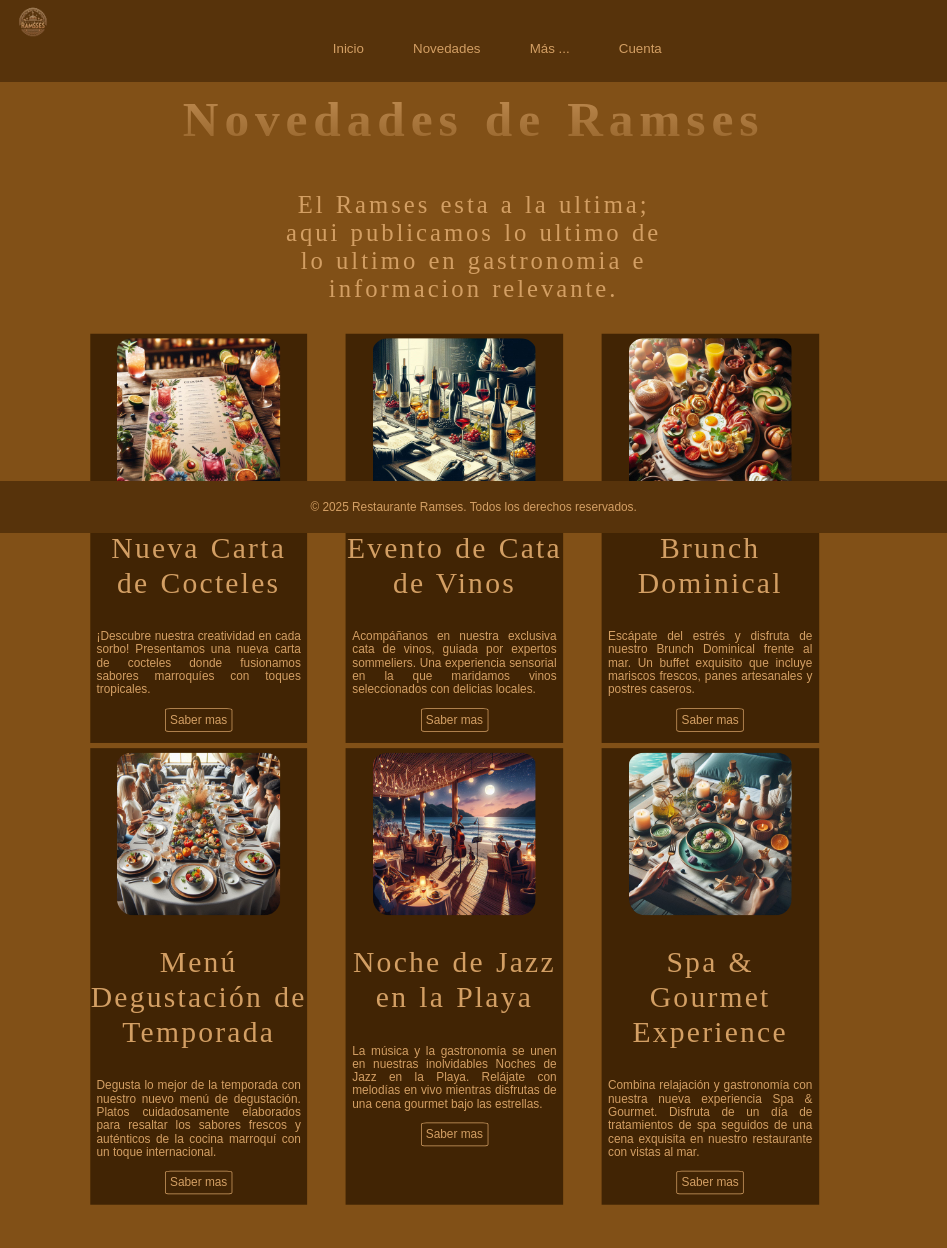
Repository: demoniers/demonIers.github.io
Page: web-lenguajes/src/reserva.html
An editor plug-in stored every save of this project. The page is shown before and after the next save, followed by the edit.
The browser window is 1280 px wide. The pictures show the whole page, at 74% of full size.
Some web fonts or font styles are not loaded; a fallback is used.

Above is the page before, as saved 2025-01-28 13:47:39.

After the next save:
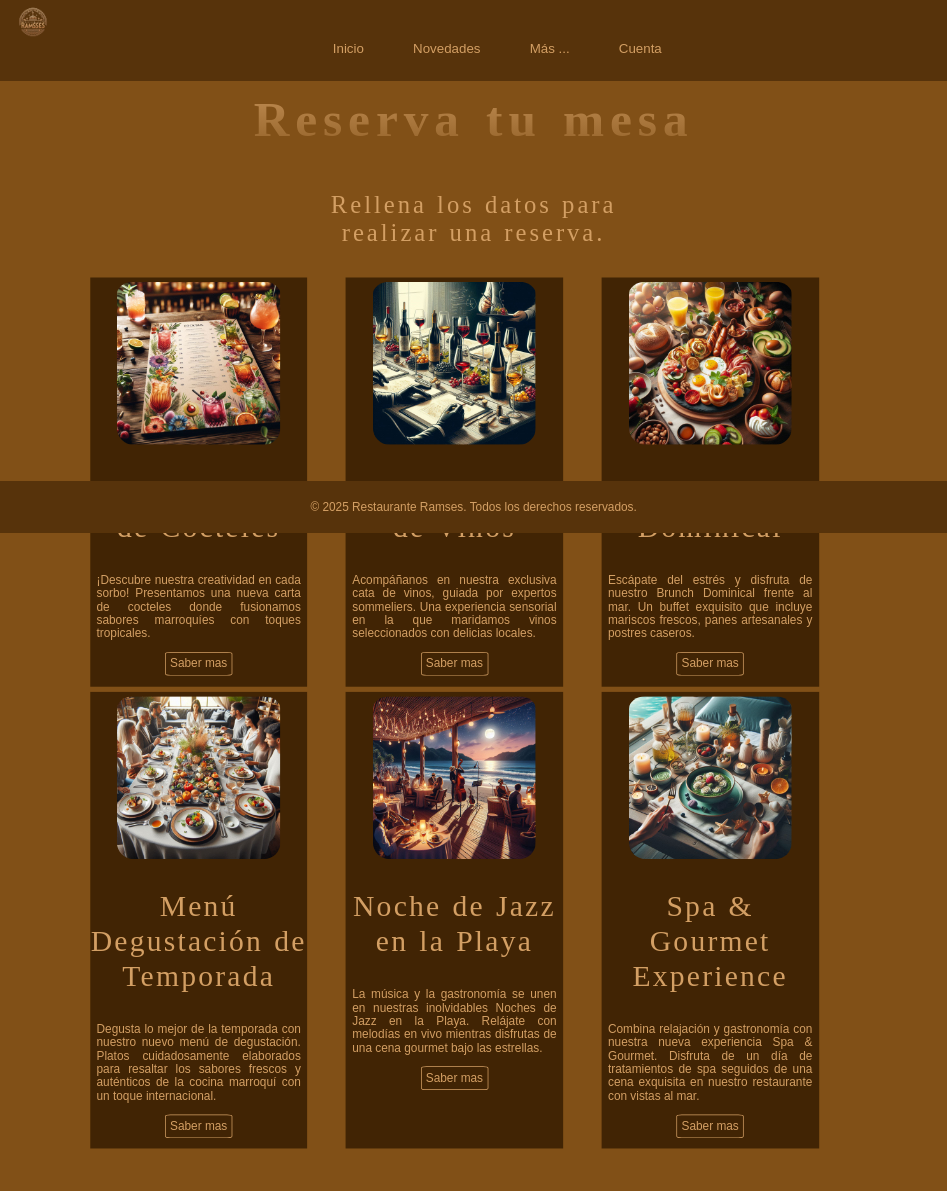
Saved 82 s later.
--- a/web-lenguajes/src/reserva.html
+++ b/web-lenguajes/src/reserva.html
@@ -34,10 +34,8 @@
             </nav>
         </div>
         <div class="container">
-            <h1 class="titulo-centrado">Novedades de Ramses</h1>
-            <p class="subtitulo">El Ramses esta a la ultima; aqui publicamos lo
-                ultimo de lo ultimo en gastronomia e
-                informacion relevante.</p>
+            <h1 class="titulo-centrado">Reserva tu mesa</h1>
+            <p class="subtitulo">Rellena los datos para realizar una reserva.</p>
             <div class="cont-noticias">
                 <div class="noticia1">
                     <img src="../img/noticas/nuevacarta.png" alt="" class="img-cabeza">
